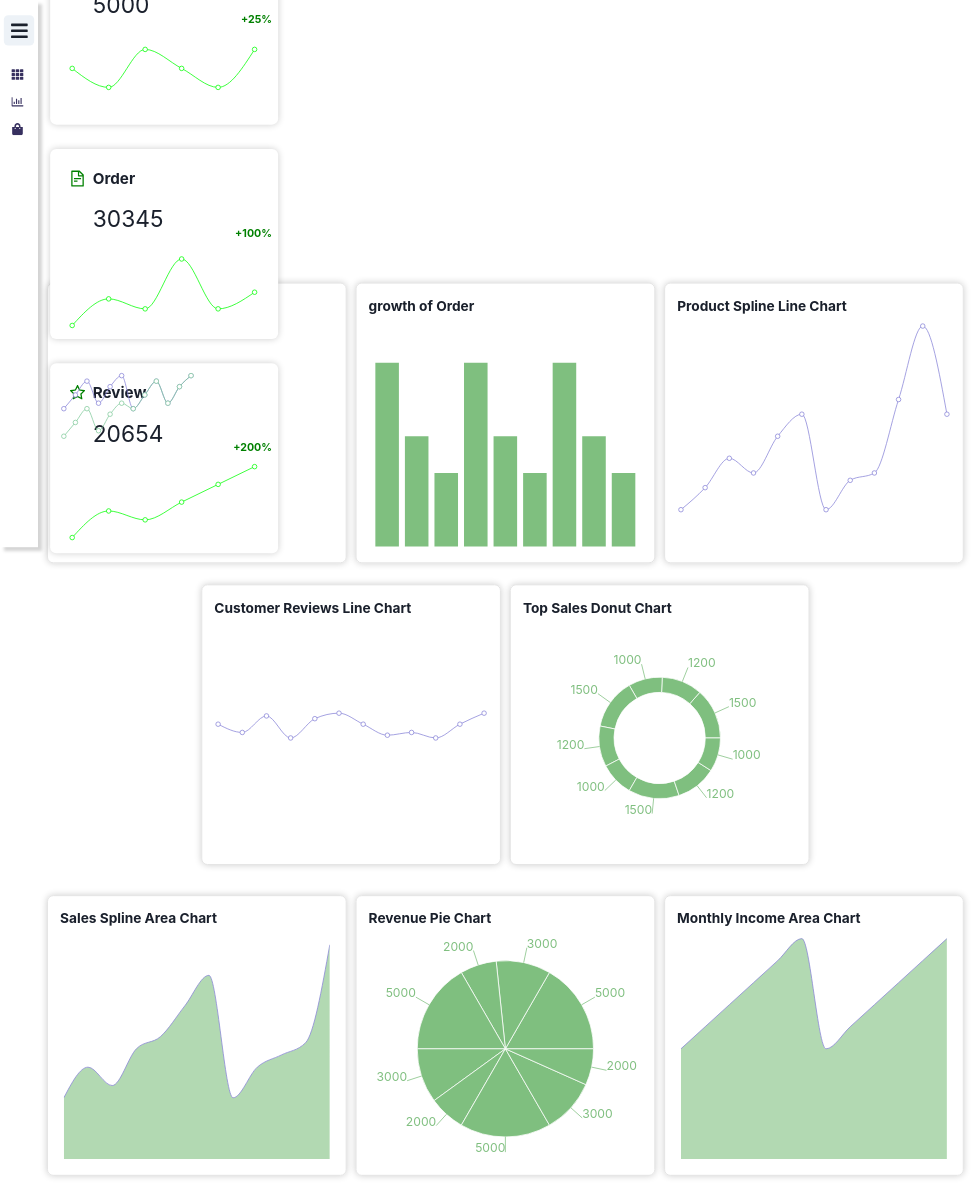
Repository: Andarg01/chakra-dashboard
Page: /analytics
The author's editor kept a copy of each file at every save. The page is drawn from the files as they stood at one save, then again after the next save.
The browser window is 1280 px wide. The pictures show the whole page, at 76% of full size.
The project was rebuilt for these pictures with package versions that can differ from the ones it lists, and the page was loaded fresh each time. Also part of the build but not shown: src/components/ProductModal.tsx, src/components/ProductTable.tsx, src/pages/ProductList.tsx, src/components/Dashboard.tsx.

Above is the page before, as saved 2024-03-12 23:28:54.

### src/index.tsx
import React from 'react';
import ReactDOM from 'react-dom/client';
import './index.css';
import App from './App';

import { ChakraProvider } from '@chakra-ui/react';


const root = ReactDOM.createRoot(
  document.getElementById('root') as HTMLElement
);
root.render(

  <React.StrictMode>
  <ChakraProvider>
    <App />
    </ChakraProvider>
  </React.StrictMode>

);

### src/App.tsx
import React from 'react'
import ProductList from './pages/ProductList'
import Dashboard from './components/Dashboard'
import Sidebar from './components/Sidebar';
import Analytics from './pages/Analytics';
import { BrowserRouter, Route, Routes } from 'react-router-dom';
const App = () => {
  return (
    <div>
    <BrowserRouter>
    <Sidebar>
      <Routes>
      <Route path="/" element={<Dashboard />}/>
      <Route path="/dashboard" element={<Dashboard />}/>
      <Route path="/analytics" element={<Analytics  />} />
      <Route path="/product" element={<ProductList />}/>

      </Routes>
    </Sidebar>
  </BrowserRouter>
    </div>
  )
}

export default App





















// import React from 'react';
// import { BrowserRouter, Route, Routes } from 'react-router-dom';
// import Sidebar from './components/Sidebar';

// import Dashboard from './pages/Dashboard'

// import Analytics from './pages/AnalyticsPage'

// import ProductList from './ProductList';
// import './App.css';


// // import { ChakraProvider } from '@chakra-ui/react';

// type SaleData = {
//   date: string;
//   amount: number;
// };

// type RevenueData = {
//   month: string;
//   revenue: number;
// };

// const App: React.FC = () => {
//   const saleData: SaleData[] = [
//     { date: '2022-01-01', amount: 100 },
//     { date: '2022-01-02', amount: 150 },
//     { date: '2022-01-03', amount: 200 },
//     { date: '2022-01-04', amount: 120 },
//     { date: '2022-01-05', amount: 180 },
//     { date: '2022-01-06', amount: 90 },
//     { date: '2022-01-07', amount: 110 },
//     { date: '2022-01-08', amount: 130 },
//     { date: '2022-01-09', amount: 170 },
//     { date: '2022-01-10', amount: 160 },
//   ];

//   const revenueData: RevenueData[] = [
//     { month: 'January', revenue: 500 },
//     { month: 'February', revenue: 700 },
//     { month: 'March', revenue: 600 },
//     { month: 'April', revenue: 800 },
//     { month: 'May', revenue: 900 },
//     { month: 'June', revenue: 750 },
//     { month: 'July', revenue: 850 },
//     { month: 'August', revenue: 950 },
//     { month: 'September', revenue: 700 },
//     { month: 'October', revenue: 850 },
//   ];

//   return (
//     // <ChakraProvider>
//       <div>
//         <BrowserRouter>
//           <Sidebar>
//             <Routes>
//               <Route path="/" element={<Dashboard saleData={saleData} revenueData={revenueData} />} />
//               <Route path="/dashboard" element={<Dashboard saleData={saleData} revenueData={revenueData} />} />

//               <Route path="/analytics" element={<Analytics />} />
//               <Route path="/product" element={<ProductList />} />

//             </Routes>
//           </Sidebar>
//         </BrowserRouter>
//       </div>
//     {/* </ChakraProvider> */}
//   );
// };

// export default App;

### src/components/Sidebar.tsx




import React, { useState } from 'react';
import {
  FaTh,
  FaBars,
  FaShoppingBag,
  FaRegChartBar,
} from 'react-icons/fa';

import { NavLink } from 'react-router-dom';
import { Box, IconButton, Text, Flex } from '@chakra-ui/react';

interface MenuItem {
  path: string;
  name: string;
  icon: JSX.Element;
}

const Sidebar: React.FC<React.PropsWithChildren<{}>> = ({ children }) => {
  const [isOpen, setIsOpen] = useState(false);

  const toggle = () => setIsOpen(!isOpen);

  const menuItems: MenuItem[] = [
    {
      path: '/',
      name: 'Dashboard',
      icon: <FaTh />,
    },
    {
      path: '/analytics',
      name: 'Analytics',
      icon: <FaRegChartBar />,
  },
    {
      path: '/product',
      name: 'Product',
      icon: <FaShoppingBag />,
    },
  ];

  return (
    <Flex>
      <Box
        width={isOpen ? '200px' : '50px'}
        bg="#fff"
        boxShadow="5px 5px 4px rgb(212, 212, 212)"
        color="#000"
        height="100vh"
        transition="all 0.5s"
        overflowX="hidden"
      >
        <Flex
          className="top_section"
          direction="column"
          align="center"
          justify="center"
          p="20px 15px"
        >
          <Text fontSize={isOpen ? '30px' : '0'} className="logo">
            Logo
          </Text>
          <IconButton
            marginLeft={isOpen ? '50px' : '0px'}
            className="bars"
            fontSize="25px"
            aria-label="Toggle Sidebar"
            icon={<FaBars />}
            onClick={toggle}
          />
        </Flex>
        {menuItems.map((item, index) => (
          <NavLink to={item.path} key={index} className="link">
            <Flex
              p="10px 15px"
              color="#37305F"
              _hover={{ bgColor: '#37305F', color: '#fff', margin: '10px', borderRadius: '10px' }}
              _active={{ bgColor: '#37305F', color: '#fff', margin: '10px', borderRadius: '10px' }}
            >
              <Box className="icon" marginRight="3">
                {item.icon}
              </Box>
              <Text
                display={isOpen ? 'block' : 'none'}
                className="link_text text-sm"
                marginLeft="3"
              >
                {item.name}
              </Text>
            </Flex>
          </NavLink>
        ))}
      </Box>
      <Box flex="1">{children}</Box>
    </Flex>
  );
};

export default Sidebar;

### src/pages/Analytics.tsx



import React, { useState } from 'react';
import {
  Box,
  Flex,
  Stack,
  Text,
  ThemeProvider,
  extendTheme,
} from '@chakra-ui/react';
import FullAnalyticsPage from '../components/AnalyticalCard';
import {
  LineChart,
  Line,
  AreaChart,
  Area,
  BarChart,
  Bar,
  PieChart,
  Pie,
  Tooltip,
  ResponsiveContainer,
} from 'recharts';

// Extend Chakra UI theme for custom styles
const theme = extendTheme({
  shadows: {
    xl: '0 0 10px rgba(0, 0, 0, 0.2)',
  },
});

interface DataPoint {
  name: string;
  value: number;
}

interface ChartCardProps {
  title: string;
  chart: React.ReactNode;
}

const ChartCard: React.FC<ChartCardProps> = ({ title, chart }) => (

  <Box
  boxShadow="xl"
  p={4}
  borderRadius="lg"
  border="1px solid #ddd"
  mb={4}
  flexBasis={['100%', 'calc(33.33% - 8px)']}
  display="inline-flex"
>
  <Stack spacing={2} width="100%">
    <Text fontSize={['md', 'lg']} fontWeight="bold">
      {title}
    </Text>
    {chart}
  </Stack>
</Box>


  // <Box
  //   boxShadow="xl"
  //   p={4}
  //   borderRadius="lg"
  //   border="1px solid #ddd"
  //   mb={4}
  //   flexBasis={['100%', 'calc(33.33% - 8px)']}
  //   display="inline-flex"
  // >
  //   <Text fontSize={['md', 'lg']} fontWeight="bold">
  //     {title}
  //   </Text>
  //   {chart}
  // </Box>
);

const SalesSplineAreaChart: React.FC = () => {
  const salesData: DataPoint[] = [
    { name: 'Jan', value: 1000 },
    { name: 'Feb', value: 1500 },
    { name: 'Mar', value: 1200 },
    { name: 'Apr', value: 1800 },
    { name: 'May', value: 2000 },
    { name: 'Jun', value: 2500 },
    {name:  'junl', value:3000},
    {name: 'agu' , value:1000},
    {name: 'sep', value: 1500},
    {name:'oct' , value:1700},
    {name: 'nove' , value: 1900},
    {name: 'dec', value: 3500},


  ];

  return (
    <ChartCard
      title="Sales Spline Area Chart"
      chart={
        <ResponsiveContainer width="100%" height={300}>
          <AreaChart data={salesData}>
            <Area type="monotone" dataKey="value" stroke="#8884d8"  fill="rgba(0, 128, 0, 0.5)" />
            <Tooltip />
          </AreaChart>
        </ResponsiveContainer>
      }
    />
  );
};

const ProductSplineLineChart: React.FC = () => {
  const productData: DataPoint[] = [
    { name: 'Jan', value: 500 },
    { name: 'Feb', value: 800 },
    { name: 'Mar', value: 1200 },
    { name: 'Apr', value: 1000 },
    { name: 'May', value: 1500 },
    { name: 'Jun', value: 1800 },
    { name: 'Jula', value: 500 },
    { name: 'agu', value: 900 },
    { name: 'sep', value: 1000 },
    { name: 'nov', value: 2000 },
    { name: 'oct', value: 3000 },
    { name: 'dec', value: 1800 },
  ];

  return (
    <ChartCard
      title="Product Spline Line Chart"
      chart={
        <ResponsiveContainer width="100%" height={300}>
          <LineChart data={productData}>
            <Line type="monotone" dataKey="value" stroke="#8884d8" />
            <Tooltip />
          </LineChart>
        </ResponsiveContainer>
      }
    />
  );
};

const CustomerReviewsLineChart: React.FC = () => {
  const reviewsData: DataPoint[] = [
    { name: 'Jan', value: 4.5 },
    { name: 'Feb', value: 4.2 },
    { name: 'Mar', value: 4.8 },
    { name: 'Apr', value: 4.0 },
    { name: 'May', value: 4.7 },
    { name: 'Jun', value: 4.9 },
    { name: 'Jula', value: 4.5 },
    { name: 'agu', value: 4.1 },
    { name: 'sep', value: 4.2 },
    { name: 'nov', value: 4.0 },
    { name: 'oct', value: 4.5 },
    { name: 'dec', value: 4.9 },


  ];

  return (
    <ChartCard
      title="Customer Reviews Line Chart"
      chart={
        <ResponsiveContainer width="100%" height={300}>
          <LineChart data={reviewsData}>
            <Line type="monotone" dataKey="value" stroke="#8884d8" />
            <Tooltip />
          </LineChart>
        </ResponsiveContainer>
      }
    />
  );
};

const RevenuePieChart: React.FC = () => {
  const revenueData: DataPoint[] = [

    { name: 'Product A', value: 5000 },
    { name: 'Product B', value: 3000 },
    { name: 'Product C', value: 2000 },
    { name: 'Product D', value: 5000 },
    { name: 'Product E', value: 3000 },
    { name: 'Product F', value: 2000 },
    { name: 'Product G', value: 5000 },
    { name: 'Product H', value: 3000 },
    { name: 'Product I', value: 2000 },
  ];

  return (
    <ChartCard
      title="Revenue Pie Chart"
      chart={
        <ResponsiveContainer width="100%" height={300}>
          <PieChart>
            <Pie dataKey="value" data={revenueData}  fill="rgba(0, 128, 0, 0.5)" label />
            <Tooltip />
          </PieChart>
        </ResponsiveContainer>
      }
    />
  );
};

const OrderBarChart: React.FC = () => {
  const initialOrderData: DataPoint[] = [
    { name: 'Product A', value: 5000 },
    { name: 'Product B', value: 3000 },
    { name: 'Product C', value: 2000 },
    { name: 'Product D', value: 5000 },
    { name: 'Product E', value: 3000 },
    { name: 'Product F', value: 2000 },
    { name: 'Product G', value: 5000 },
    { name: 'Product H', value: 3000 },
    { name: 'Product I', value: 2000 },
  ];

  const [orderData, setOrderData] = useState<DataPoint[]>(initialOrderData);

  const sortByValue = () => {
    const sortedData = [...orderData].sort((a, b) => a.value - b.value);
    setOrderData(sortedData);
  };

  return (
    <ChartCard
      title="growth of Order "
      chart={
        <ResponsiveContainer width="100%" height={300}>
          <BarChart data={orderData}>
            <Bar dataKey="value"  fill="rgba(0, 128, 0, 0.5)" />
            <Tooltip />
          </BarChart>
        </ResponsiveContainer>
      }
    />
  );
};

const TopSalesDonutChart: React.FC = () => {
  const topSalesData: DataPoint[] = [
    { name: 'Product A', value: 1500 },
    { name: 'Product B', value: 1200 },
    { name: 'Product C', value: 1000 },
    { name: 'Product D', value: 1500 },
    { name: 'Product E', value: 1200 },
    { name: 'Product F', value: 1000 },
    { name: 'Product G', value: 1500 },
    { name: 'Product H', value: 1200 },
    { name: 'Product I', value: 1000 },
  ];

  return (
    <ChartCard
      title="Top Sales Donut Chart"
      chart={
        <ResponsiveContainer width="100%" height={300}>
          <PieChart>
            <Pie dataKey="value" data={topSalesData} innerRadius={60} outerRadius={80}  fill="rgba(0, 128, 0, 0.5)" label />
            <Tooltip />
          </PieChart>
        </ResponsiveContainer>
      }
    />
  );
};

const MonthlyIncomeAreaChart: React.FC = () => {
  const monthlyIncomeData: DataPoint[] = [
    { name: 'Jan', value: 5000 },
    { name: 'Feb', value: 6000 },
    { name: 'Mar', value: 7000 },
    { name: 'Apr', value: 8000 },
    { name: 'May', value: 9000 },
    { name: 'Jun', value: 10000 },
    { name: 'Jula', value: 5000 },
    { name: 'agu', value: 6000 },
    { name: 'sep', value: 7000 },
    { name: 'nov', value: 8000 },
    { name: 'oct', value: 9000 },
    { name: 'dec', value: 10000 },
  ];

  return (
    <ChartCard
      title="Monthly Income Area Chart"
      chart={
        <ResponsiveContainer width="100%" height={300}>
          <AreaChart data={monthlyIncomeData}>
            <Area type="monotone" dataKey="value" stroke="#8884d8"  fill="rgba(0, 128, 0, 0.5)" />
            <Tooltip />
          </AreaChart>
        </ResponsiveContainer>
      }
    />
  );
};

const StockLineChart: React.FC = () => {
  const stockData: DataPoint[] = [
    { name: 'Jan', value: 50 },
    { name: 'Feb', value: 55 },
    { name: 'Mar', value: 60 },
    { name: 'Apr', value: 52 },
    { name: 'May', value: 58 },
    { name: 'Jun', value: 62 },
    { name: 'Jula', value: 50 },
    { name: 'agu', value: 55 },
    { name: 'sep', value: 60 },
    { name: 'nov', value: 52 },
    { name: 'oct', value: 58 },
    { name: 'dec', value: 62 },
  ];

  return (
    <ChartCard
      title="Stock Line Chart"
      chart={
        <ResponsiveContainer width="100%" height={300}>
          <LineChart data={stockData}>
            <Line type="monotone" dataKey="value" stroke="#8884d8" />
            <Tooltip />
          </LineChart>
        </ResponsiveContainer>
      }
    />
  );
};

const DoubleStockLineChart: React.FC = () => {
  const stockData1: DataPoint[] = [
    { name: 'Jan', value: 50 },
    { name: 'Feb', value: 55 },
    { name: 'Mar', value: 60 },
    { name: 'Apr', value: 52 },
    { name: 'May', value: 58 },
    { name: 'Jun', value: 62 },
    { name: 'Jula', value: 50 },
    { name: 'agu', value: 55 },
    { name: 'sep', value: 60 },
    { name: 'nov', value: 52 },
    { name: 'oct', value: 58 },
    { name: 'dec', value: 62 },
  ];

  const stockData2: DataPoint[] = [
    { name: 'Jan', value: 40 },
    { name: 'Feb', value: 45 },
    { name: 'Mar', value: 50 },
    { name: 'Apr', value: 42 },
    { name: 'May', value: 48 },
    { name: 'Jun', value: 52 },
    { name: 'Jula', value: 50 },
    { name: 'agu', value: 55 },
    { name: 'sep', value: 60 },
    { name: 'nov', value: 52 },
    { name: 'oct', value: 58 },
    { name: 'dec', value: 62 },
  ];

  return (
    <ChartCard
      title="Double Stock Line Chart"
      chart={
        <ResponsiveContainer width="100%" height={300}>
          <LineChart>
            <Line type="monotone" dataKey="value" data={stockData1} stroke="#8884d8" name="Stock 1" />
            <Line type="monotone" dataKey="value" data={stockData2} stroke="#82ca9d" name="Stock 2" />
            <Tooltip />
          </LineChart>
        </ResponsiveContainer>
      }
    />
  );
};

const AnalyticalPage: React.FC = () => {
  return (
    <ThemeProvider theme={theme}>
      <Flex>
        <FullAnalyticsPage/>
      </Flex>
      <Flex direction="row" flexWrap="wrap" p={3} justify="center" gap={3}>
        <DoubleStockLineChart />
        <OrderBarChart />
        <ProductSplineLineChart />
        <CustomerReviewsLineChart />
        <TopSalesDonutChart />
      </Flex>
      <Flex direction="row" p={3} flexWrap="wrap" justify="left" gap={3}>
        <SalesSplineAreaChart />
        <RevenuePieChart />
        <MonthlyIncomeAreaChart />
      </Flex>
    </ThemeProvider>
  );
};

export default AnalyticalPage;

Loaded but not shown: public/index.html (common file); src/index.css (common file); src/components/AnalyticalCard.tsx (247 lines, source omitted)

After the next save:
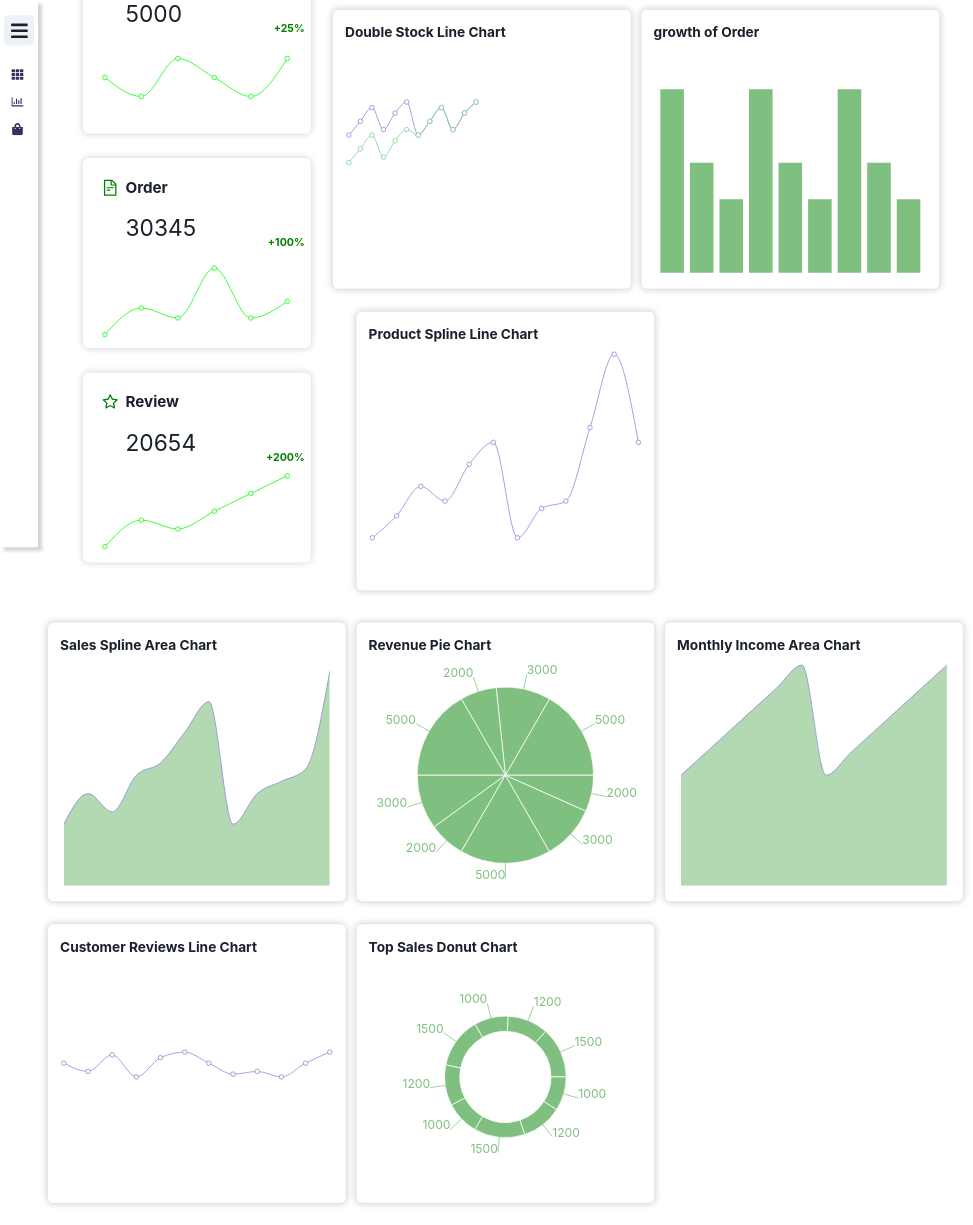
Saved 104 s later.
--- a/src/pages/Analytics.tsx
+++ b/src/pages/Analytics.tsx
@@ -378,20 +378,20 @@ const DoubleStockLineChart: React.FC = () => {
 const AnalyticalPage: React.FC = () => {
   return (
     <ThemeProvider theme={theme}>
-      <Flex>
-        <FullAnalyticsPage/>
-      </Flex>
+
       <Flex direction="row" flexWrap="wrap" p={3} justify="center" gap={3}>
+      <FullAnalyticsPage/>
         <DoubleStockLineChart />
         <OrderBarChart />
         <ProductSplineLineChart />
-        <CustomerReviewsLineChart />
-        <TopSalesDonutChart />
+
       </Flex>
       <Flex direction="row" p={3} flexWrap="wrap" justify="left" gap={3}>
         <SalesSplineAreaChart />
         <RevenuePieChart />
         <MonthlyIncomeAreaChart />
+        <CustomerReviewsLineChart />
+        <TopSalesDonutChart />
       </Flex>
     </ThemeProvider>
   );
